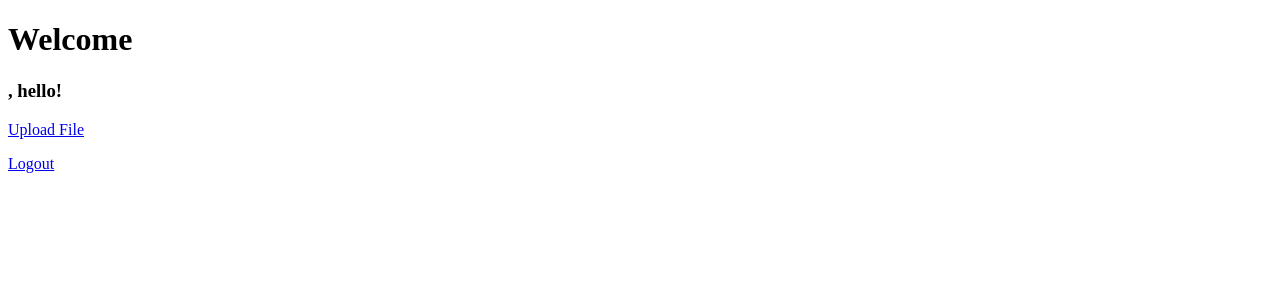
Repository: SvetlanaK367/TrainingJAVA
Page: http://localhost/FinalProject/jsp/main.jsp
The author's editor kept a copy of each file at every save. The page is drawn from the files as they stood at one save, then again after the next save.
The browser window is 1280 px wide. The pictures show the whole page.
The page is served by Tomcat 9. Other server files are loaded and not shown.

Above is the page before, as saved 2017-04-02 18:37:28.

### FinalProject/WebContent/jsp/main.jsp
<%@ page language="java" contentType="text/html; charset=UTF-8"
    pageEncoding="UTF-8"%>
<!DOCTYPE html PUBLIC "-//W3C//DTD HTML 4.01 Transitional//EN" "http://www.w3.org/TR/html4/loose.dtd">
<html>
<head>
<meta http-equiv="Content-Type" content="text/html; charset=UTF-8">
<title>Welcome</title>
</head>
<body>
	<h1>Welcome</h1>
		<h3> ${user}, hello!</h3>

	<p style="color:green font-size:12"><a href="/jsp/fileUpload.jsp">Upload File</a></p>
	<p style="color:red"><a href="controller?command=logout">Logout</a></p>
</body>
</html>

After the next save:
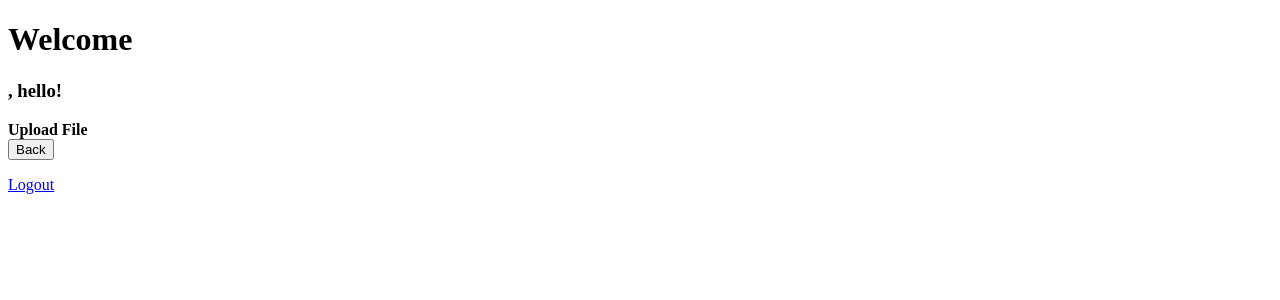
Saved 15 min 18 s later.
--- a/FinalProject/WebContent/jsp/main.jsp
+++ b/FinalProject/WebContent/jsp/main.jsp
@@ -10,7 +10,15 @@
 	<h1>Welcome</h1>
 		<h3> ${user}, hello!</h3>
 
-	<p style="color:green font-size:12"><a href="/jsp/fileUpload.jsp">Upload File</a></p>
+	<div class="container">
+	<div class="alert alert-success" role="alert">
+  		<strong>Upload File</strong>
+	</div>
+	<form action="fileUpload.jsp">
+		<input class="btn btn-primary" type="submit" value="Back">
+	</form>
+	</div>
+
 	<p style="color:red"><a href="controller?command=logout">Logout</a></p>
 </body>
 </html>
